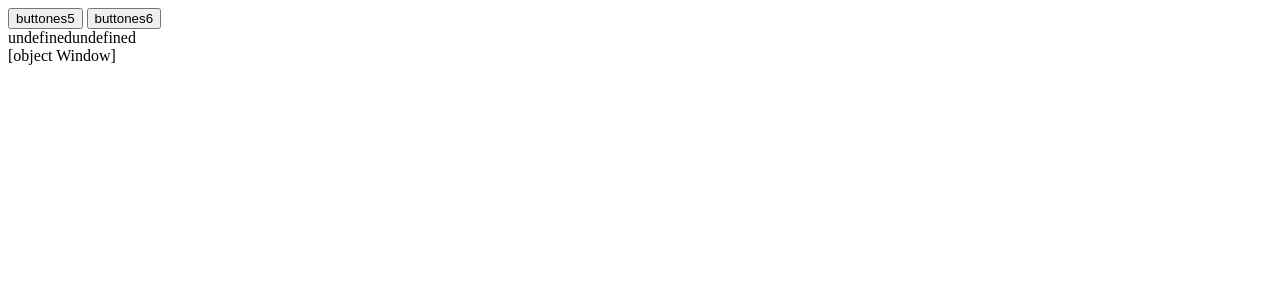
Repository: motiejus1/08-paskaita-JS
Page: index.html
The author's editor kept a copy of each file at every save. The page is drawn from the files as they stood at one save, then again after the next save.
The browser window is 1280 px wide. The pictures show the whole page.

Above is the page before, as saved 2021-06-17 11:55:42.
Console error: TypeError: Failed to execute 'addEventListener' on 'EventTarget': parameter 2 is not of type 'Object'.

After the next save:
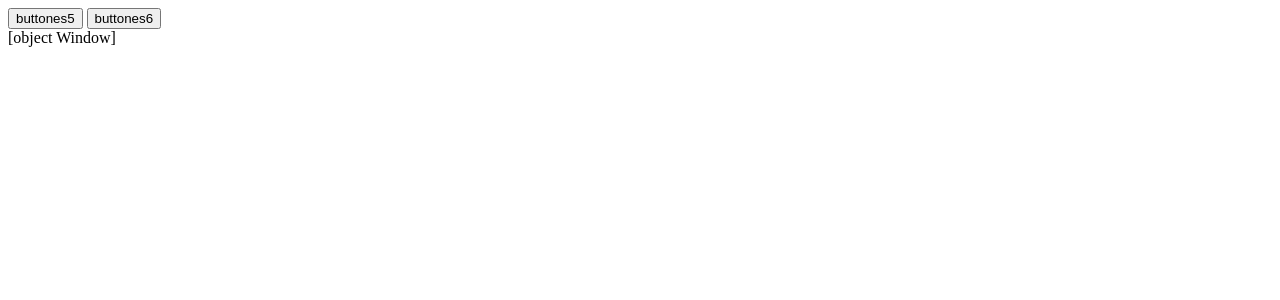
Saved 22 s later.
--- a/script.js
+++ b/script.js
@@ -41,7 +41,7 @@ const daugybaes5 = function(sk1, sk2) {
     //this
     let rezultatas;
     rezultatas = sk1*sk2;
-    document.getElementById('reses5').innerHTML += this;
+    // document.getElementById('reses5').innerHTML += this;
     return rezultatas;
 }
 
